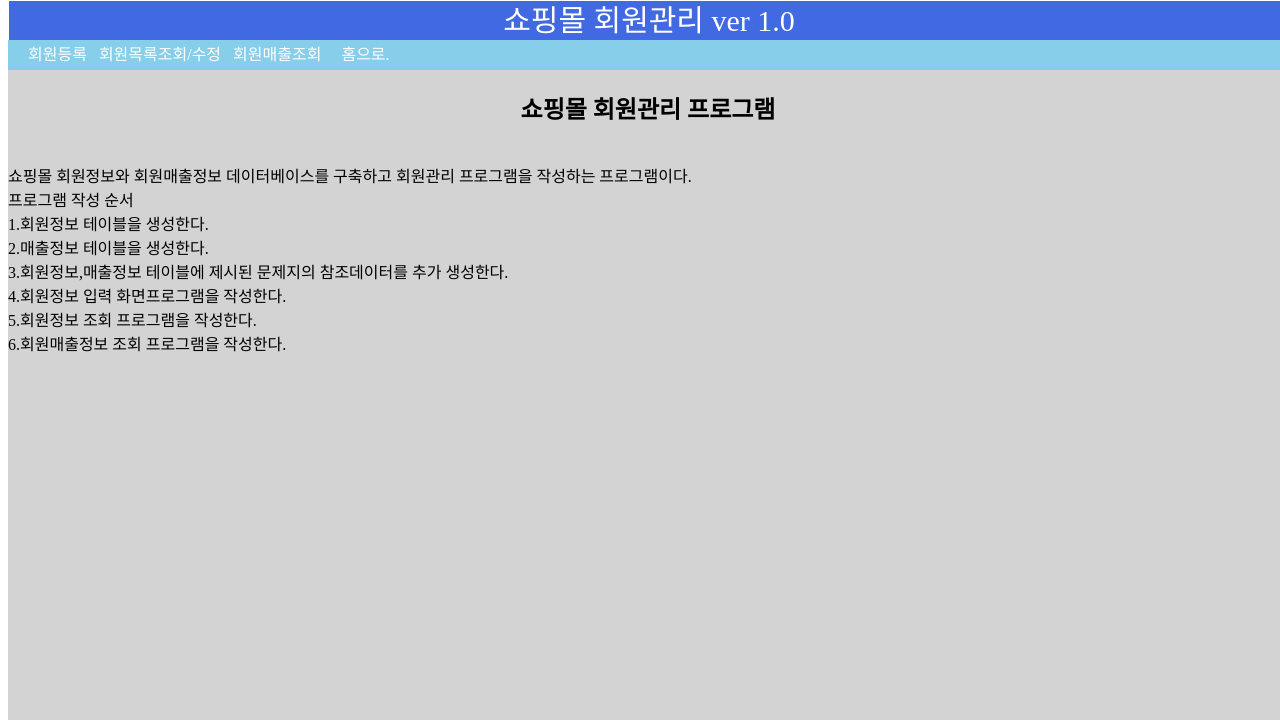
Repository: GotChun/license_practice
Page: http://localhost/HRD_8155/
The author's editor kept a copy of each file at every save. The page is drawn from the files as they stood at one save, then again after the next save.
The browser window is 1280 px wide. The pictures show the whole page.
The page is served by Tomcat 9.

Above is the page before, as saved 2025-02-18 14:25:57.

After the next save:
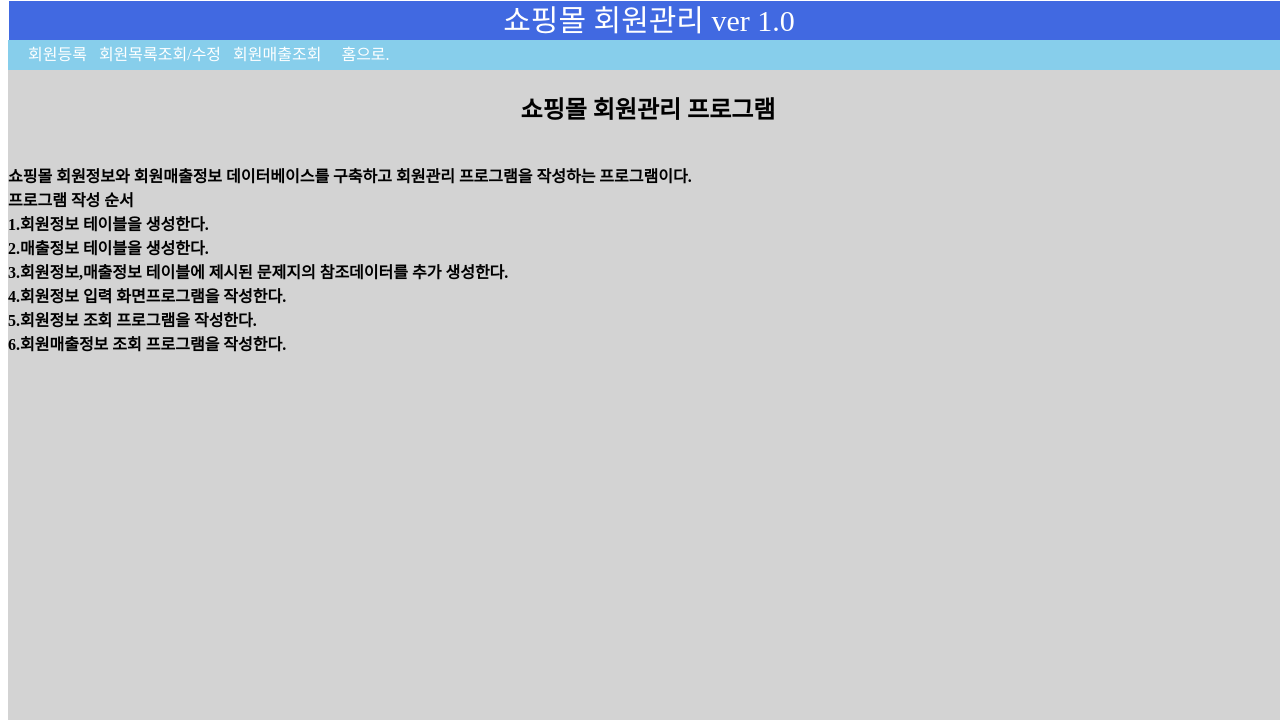
Saved 32 s later.
--- a/HRD_8155/src/main/webapp/index.jsp
+++ b/HRD_8155/src/main/webapp/index.jsp
@@ -15,7 +15,7 @@
 
 	 <section style="position:fixed; top:70px; width:100%; height:100%;
 	 background-color:lightgray; ">
-	 	<h2 style="text-align:center; "> <b>쇼핑몰 회원관리 프로그램</b></h2><br>
+	 	<h2 style="text-align:center; "> <strong>쇼핑몰 회원관리 프로그램</b></h2><br>
 	 	쇼핑몰 회원정보와 회원매출정보 데이터베이스를 구축하고 회원관리 프로그램을 작성하는 프로그램이다.<br>
 	 	프로그램 작성 순서<br>
 	 	1.회원정보 테이블을 생성한다.<br>

After the save that followed:
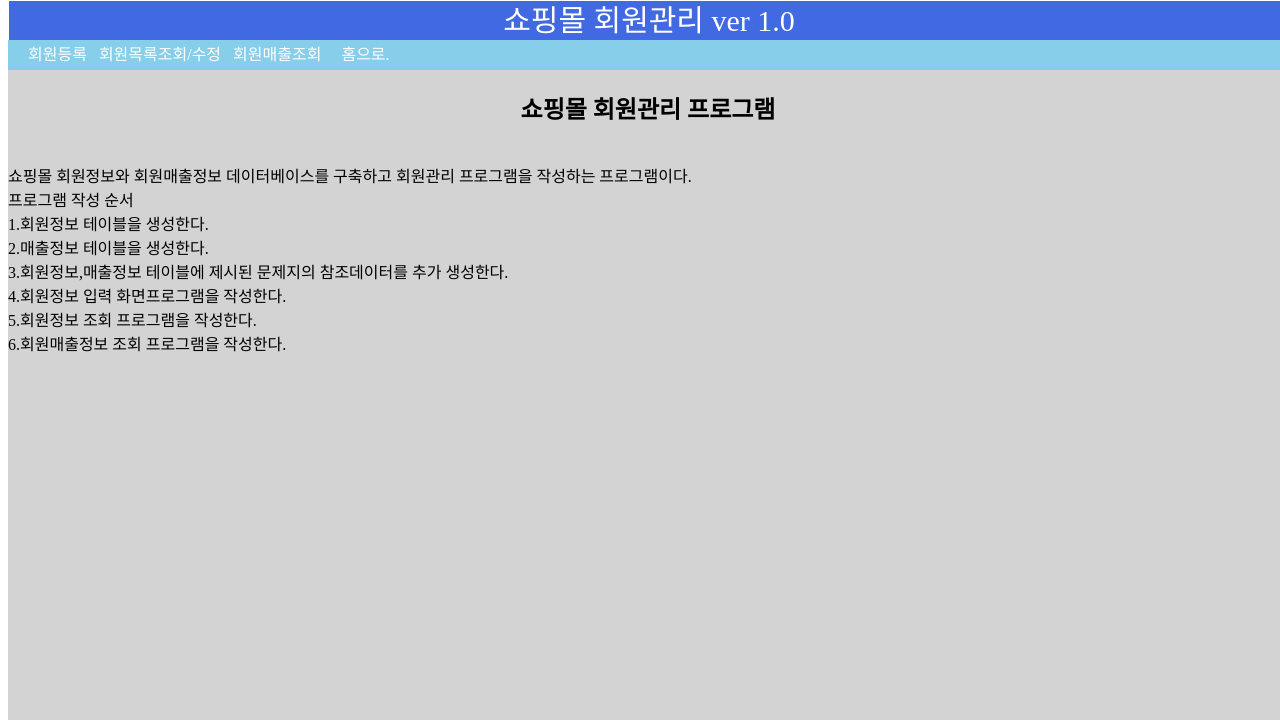
Saved 4 s later.
--- a/HRD_8155/src/main/webapp/index.jsp
+++ b/HRD_8155/src/main/webapp/index.jsp
@@ -15,7 +15,7 @@
 
 	 <section style="position:fixed; top:70px; width:100%; height:100%;
 	 background-color:lightgray; ">
-	 	<h2 style="text-align:center; "> <strong>쇼핑몰 회원관리 프로그램</b></h2><br>
+	 	<h2 style="text-align:center; "> <strong>쇼핑몰 회원관리 프로그램</strong></h2><br>
 	 	쇼핑몰 회원정보와 회원매출정보 데이터베이스를 구축하고 회원관리 프로그램을 작성하는 프로그램이다.<br>
 	 	프로그램 작성 순서<br>
 	 	1.회원정보 테이블을 생성한다.<br>
